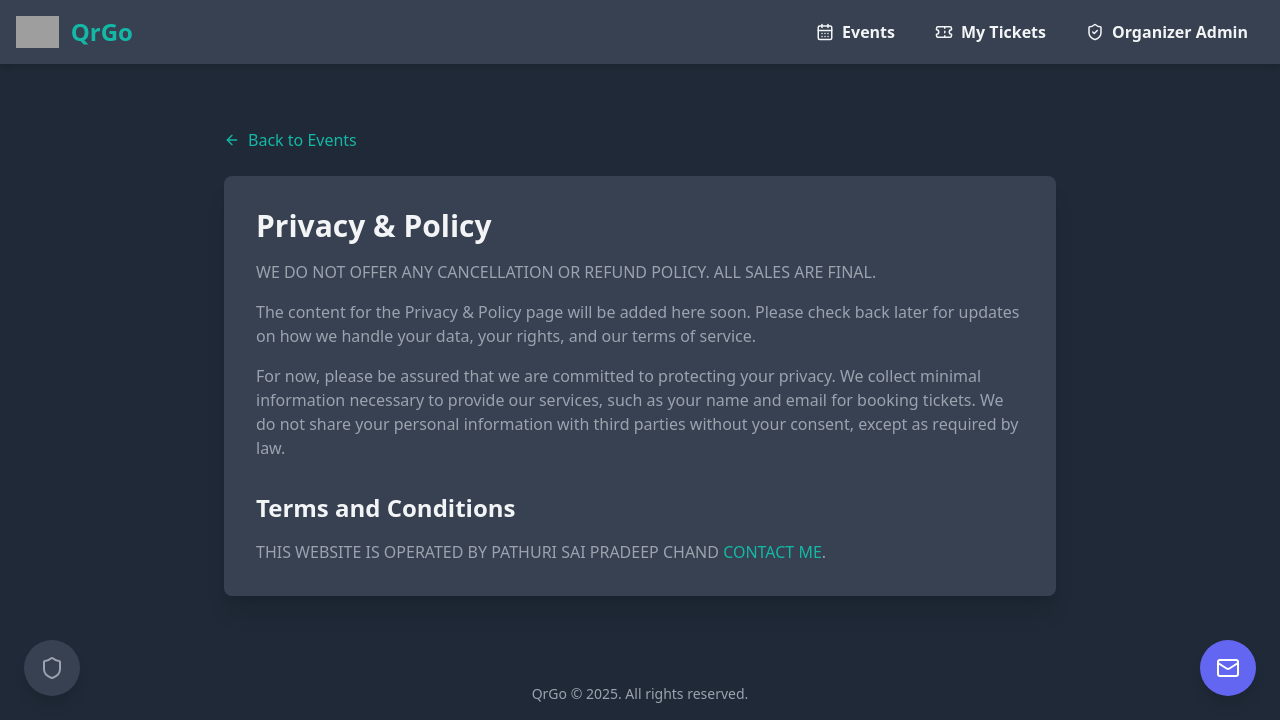
Repository: Dhakshin2007/QrGo
Page: /#/privacy-policy
An editor plug-in stored every save of this project. The page is shown before and after the next save, followed by the edit.
The browser window is 1280 px wide. The pictures show the whole page.
Pictures or frames that could not be fetched are drawn as grey boxes. Some web libraries are served in a nearby version. The project was rebuilt for these pictures with package versions that can differ from the ones it lists, and the page was loaded fresh each time. Also part of the build but not shown: vite.config.ts, components/EventCard.tsx, pages/HomePage.tsx, pages/BookingPage.tsx, components/TicketCard.tsx, pages/MyTicketsPage.tsx, services/aiService.ts, pages/AdminPage.tsx.

Above is the page before, as saved 2025-08-10 12:55:52.

### index.html
<!DOCTYPE html>
<html lang="en">
  <head>
    <meta name="description" content="Website Used to Host Events and Book Tickets and Inbuild scanning. If You want to Host an Event, Contact Us." />
<meta name="keywords" content="QrGo , QrGo Startup , Events IIT Ropar,Tickets , District , Paytm , Zomato , Ticket Booking , Event Hosting ,  Telugu Students IIT, IIT Ropar culture, IIT Ropar">
<meta name="author" content="Kotha Dhakshin">
<meta property="og:title" content="QrGo - Event Ticket Hosting Platform" />
<meta property="og:description" content="Official site for QrGo. Events, Bookings, and student details." />
<meta property="og:url" content="https://qrgo-weld.vercel.app/" />
<meta property="og:type" content="website" />
<meta property="og:image" content="#" />

  <meta charset="UTF-8" />
    <link rel="icon" type="image/png" href = "https://i.postimg.cc/qqd3M6cN/Google-AI-Studio-2025-08-09-T14-17-15-618-Z.png" />
    <meta name="viewport" content="width=device-width, initial-scale=1.0" />
    <title>QrGo</title>
    <script src="https://cdn.tailwindcss.com"></script>
    <script>
      tailwind.config = {
        theme: {
          extend: {
            colors: {
              'primary': '#14b8a6', // teal-500
              'primary-focus': '#0d9488', // teal-600
              'background': '#1f2937', // gray-800
              'surface': '#374151', // gray-700
              'on-surface': '#f3f4f6', // gray-200
              'on-surface-secondary': '#9ca3af', // gray-400
              'accent': '#6366f1', // indigo-500
            }
          }
        }
      }
    </script>
    <!-- html5-qrcode library -->
    <script src="https://unpkg.com/html5-qrcode" type="text/javascript"></script>
  <script type="importmap">
{
  "imports": {
    "react-router-dom": "https://esm.sh/react-router-dom@^7.8.0",
    "react-dom/": "https://esm.sh/react-dom@^19.1.1/",
    "react/": "https://esm.sh/react@^19.1.1/",
    "react": "https://esm.sh/react@^19.1.1",
    "lucide-react": "https://esm.sh/lucide-react@^0.539.0",
    "html5-qrcode": "https://esm.sh/html5-qrcode@^2.3.8",
    "qrcode": "https://esm.sh/qrcode@^1.5.4",
    "@supabase/supabase-js": "https://esm.sh/@supabase/supabase-js@2",
    "@google/genai": "https://esm.sh/@google/genai@^1.13.0"
  }
}
</script>
</head>
  <body class="bg-background text-on-surface">
    <div id="root"></div>
    <script type="module" src="/index.tsx"></script>
  </body>
</html>

### App.tsx


import React, { createContext, useContext, useState, useEffect, useCallback, ReactNode } from 'react';
import * as ReactRouterDOM from 'react-router-dom';
import HomePage from './pages/HomePage';
import BookingPage from './pages/BookingPage';
import MyTicketsPage from './pages/MyTicketsPage';
import AdminPage from './pages/AdminPage';
import PrivacyPolicyPage from './pages/PrivacyPolicyPage';
import Header from './components/Header';
import { ToastProvider } from './contexts/ToastContext';
import { AuthProvider } from './contexts/AuthContext';
import Toast from './components/Toast';
import { Mail, Shield } from 'lucide-react';
import { Event, EventStatus } from './types';
import { db } from './services/db';

// --- Event Context for Global State Management ---

interface EventContextType {
  events: Event[];
  isLoading: boolean;
  updateEventStatus: (eventId: string, newStatus: EventStatus) => void;
}

const EventContext = createContext<EventContextType | undefined>(undefined);

export const EventProvider: React.FC<{ children: ReactNode }> = ({ children }) => {
  const [events, setEvents] = useState<Event[]>([]);
  const [isLoading, setIsLoading] = useState(true);

  useEffect(() => {
    const fetchEvents = async () => {
      try {
        const initialEvents = await db.getEvents();
        setEvents(initialEvents);
      } catch (error) {
        console.error("Failed to fetch initial events:", error);
      } finally {
        setIsLoading(false);
      }
    };
    fetchEvents();
  }, []);

  const updateEventStatus = useCallback((eventId: string, newStatus: EventStatus) => {
    setEvents(currentEvents =>
      currentEvents.map(event =>
        event.id === eventId ? { ...event, status: newStatus } : event
      )
    );
  }, []);

  return (
    <EventContext.Provider value={{ events, isLoading, updateEventStatus }}>
      {children}
    </EventContext.Provider>
  );
};

export const useEvents = () => {
  const context = useContext(EventContext);
  if (!context) {
    throw new Error('useEvents must be used within an EventProvider');
  }
  return context;
};


// --- Main App Component ---

const App: React.FC = () => {
  return (
    <ToastProvider>
      <AuthProvider>
        <EventProvider>
          <ReactRouterDOM.HashRouter>
            <div className="min-h-screen flex flex-col bg-background">
              <Header />
              <main className="flex-grow container mx-auto px-4 py-8">
                <ReactRouterDOM.Routes>
                  <ReactRouterDOM.Route path="/" element={<HomePage />} />
                  <ReactRouterDOM.Route path="/book/:eventId" element={<BookingPage />} />
                  <ReactRouterDOM.Route path="/my-tickets" element={<MyTicketsPage />} />
                  <ReactRouterDOM.Route path="/admin" element={<AdminPage />} />
                  <ReactRouterDOM.Route path="/privacy-policy" element={<PrivacyPolicyPage />} />
                </ReactRouterDOM.Routes>
              </main>
              <footer className="text-center py-4 text-on-surface-secondary text-sm">
                <p>QrGo &copy; 2025. All rights reserved.</p>
              </footer>
               <ReactRouterDOM.Link
                to="/privacy-policy"
                className="fixed bottom-6 left-6 bg-surface text-on-surface-secondary p-4 rounded-full shadow-lg hover:bg-primary hover:text-white transition-colors flex items-center gap-2 z-50"
                title="Privacy & Policy"
                aria-label="Privacy and Policy"
              >
                <Shield size={24} />
              </ReactRouterDOM.Link>
              <a
                href="mailto:kothadhakshin123@gmail.com"
                className="fixed bottom-6 right-6 bg-accent text-white p-4 rounded-full shadow-lg hover:bg-indigo-600 transition-colors flex items-center gap-2 z-50"
                title="Contact Support"
                aria-label="Contact Support"
              >
                <Mail size={24} />
              </a>
            </div>
          </ReactRouterDOM.HashRouter>
          <Toast />
        </EventProvider>
      </AuthProvider>
    </ToastProvider>
  );
};

export default App;

### pages/PrivacyPolicyPage.tsx

import React from 'react';
import * as ReactRouterDOM from 'react-router-dom';
import { ArrowLeft } from 'lucide-react';

const PrivacyPolicyPage: React.FC = () => {
  return (
    <div className="max-w-4xl mx-auto animate-fade-in p-4 sm:p-6 lg:p-8">
      <ReactRouterDOM.Link to="/" className="flex items-center gap-2 mb-6 text-primary hover:underline">
          <ArrowLeft size={16} /> Back to Events
       </ReactRouterDOM.Link>
      <div className="bg-surface rounded-lg shadow-xl p-8">
        <h1 className="text-3xl font-bold mb-4 text-on-surface">Privacy & Policy</h1>
        <div className="space-y-4 text-on-surface-secondary">
          <p>
            WE DO NOT OFFER ANY CANCELLATION OR REFUND POLICY. ALL SALES ARE FINAL.
            </p>
            <p>
            The content for the Privacy & Policy page will be added here soon.
            Please check back later for updates on how we handle your data, your rights, and our terms of service.
          </p>
          <p>
            For now, please be assured that we are committed to protecting your privacy. We collect minimal information necessary to provide our services, such as your name and email for booking tickets.
            We do not share your personal information with third parties without your consent, except as required by law.
          </p>
          <h2 className="text-2xl font-semibold text-on-surface pt-4">Terms and Conditions</h2>
          <p>
            THIS WEBSITE IS OPERATED BY PATHURI SAI PRADEEP CHAND <a href="mailto:2022eeb1199@iitrpr.ac.in" className="text-primary hover:underline">CONTACT ME</a>.
          </p>
        </div>
      </div>
    </div>
  );
};

export default PrivacyPolicyPage;

### components/Header.tsx

import React from 'react';
import * as ReactRouterDOM from 'react-router-dom';
import { Ticket, ShieldCheck, CalendarDays, QrCode } from 'lucide-react';
import { LOGO_URL } from '../constants';

const Header: React.FC = () => {
  const activeLinkClass = "bg-primary text-white";
  const inactiveLinkClass = "text-on-surface hover:bg-surface";

  return (
    <header className="bg-surface shadow-md sticky top-0 z-50">
      <nav className="container mx-auto px-4 py-3 flex justify-between items-center">
        <ReactRouterDOM.Link to="/" className="flex items-center gap-3 text-2xl font-bold text-primary">
          {LOGO_URL ? (
            <img src={LOGO_URL} alt="QrGo Logo" className="h-8 w-auto" />
          ) : (
            <QrCode size={28} />
          )}
          <span>QrGo</span>
        </ReactRouterDOM.Link>
        <div className="flex items-center gap-2">
          <ReactRouterDOM.NavLink
            to="/"
            className={({ isActive }) => `${isActive ? activeLinkClass : inactiveLinkClass} px-4 py-2 rounded-md font-semibold transition-colors duration-200 flex items-center gap-2`}
          >
            <CalendarDays size={18}/> Events
          </ReactRouterDOM.NavLink>
          <ReactRouterDOM.NavLink
            to="/my-tickets"
            className={({ isActive }) => `${isActive ? activeLinkClass : inactiveLinkClass} px-4 py-2 rounded-md font-semibold transition-colors duration-200 flex items-center gap-2`}
          >
            <Ticket size={18}/> My Tickets
          </ReactRouterDOM.NavLink>
          <ReactRouterDOM.NavLink
            to="/admin"
            className={({ isActive }) => `${isActive ? activeLinkClass : inactiveLinkClass} px-4 py-2 rounded-md font-semibold transition-colors duration-200 flex items-center gap-2`}
          >
            <ShieldCheck size={18}/> Organizer Admin
          </ReactRouterDOM.NavLink>
        </div>
      </nav>
    </header>
  );
};

export default Header;

### contexts/ToastContext.tsx
import React, { createContext, useState, useContext, ReactNode, useCallback, useRef } from 'react';

type ToastType = 'success' | 'error' | 'info';

interface ToastState {
  message: string;
  type: ToastType;
  isVisible: boolean;
}

interface ToastContextType {
  showToast: (message: string, type: ToastType) => void;
  toastConfig: ToastState | null;
}

const ToastContext = createContext<ToastContextType | undefined>(undefined);

export const ToastProvider: React.FC<{ children: ReactNode }> = ({ children }) => {
  const [toastConfig, setToastConfig] = useState<ToastState | null>(null);
  const timeoutIdRef = useRef<number | null>(null);

  const showToast = useCallback((message: string, type: ToastType) => {
    if (timeoutIdRef.current) {
      clearTimeout(timeoutIdRef.current);
    }
    setToastConfig({ message, type, isVisible: true });

    timeoutIdRef.current = window.setTimeout(() => {
      setToastConfig(prev => prev ? { ...prev, isVisible: false } : null);
      timeoutIdRef.current = null;
    }, 4000);
  }, []);


  return (
    <ToastContext.Provider value={{ showToast, toastConfig }}>
      {children}
    </ToastContext.Provider>
  );
};

export const useToast = () => {
  const context = useContext(ToastContext);
  if (context === undefined) {
    throw new Error('useToast must be used within a ToastProvider');
  }
  return context;
};

### contexts/AuthContext.tsx
import React, { createContext, useState, useContext, ReactNode, useCallback } from 'react';
import { Organizer } from '../types';

interface AuthState {
  isUserLoggedIn: boolean;
  userEmail: string | null;
  userPin: string | null;
  loggedInOrganizer: Organizer | null;
  loginUser: (email: string, pin: string) => void;
  logoutUser: () => void;
  loginOrganizer: (username: string, secretId: string) => boolean;
  logoutOrganizer: () => void;
}

const AuthContext = createContext<AuthState | undefined>(undefined);

export const AuthProvider: React.FC<{ children: ReactNode }> = ({ children }) => {
  const [isUserLoggedIn, setIsUserLoggedIn] = useState(false);
  const [userEmail, setUserEmail] = useState<string | null>(null);
  const [userPin, setUserPin] = useState<string | null>(null);
  const [loggedInOrganizer, setLoggedInOrganizer] = useState<Organizer | null>(null);

  const loginUser = (email: string, pin:string) => {
    setUserEmail(email.toLowerCase());
    setUserPin(pin);
    setIsUserLoggedIn(true);
  };

  const logoutUser = () => {
    setIsUserLoggedIn(false);
    setUserEmail(null);
    setUserPin(null);
  };

  const loginOrganizer = useCallback((username: string, secretId: string): boolean => {
    // --- Security Note ---
    // In a real production application, this organizer data should NOT be hardcoded here.
    // It should be loaded securely, for example, from environment variables on a server
    // or from a secure configuration service. This prevents sensitive credentials from
    // being exposed in the client-side code.
    // Example for a Node.js environment:
    // const ORGANIZERS = JSON.parse(process.env.ORGANIZERS_JSON || '[]');
    const ORGANIZERS: Organizer[] = [
      { id: 'super-admin', username: 'Dhakshin', secretId: 'Dk07' },
      { id: 'org-1', username: 'TCA', secretId: 'tca@2334' },
      // { id: 'org-2', username: 'TechCon', secretId: 'techcon-secret' }
    ];

    const organizer = ORGANIZERS.find(
        org => org.username.toLowerCase() === username.toLowerCase() && org.secretId === secretId
    );
    if (organizer) {
        setLoggedInOrganizer(organizer);
        return true;
    }
    return false;
  }, []);

  const logoutOrganizer = () => {
      setLoggedInOrganizer(null);
  };

  return (
    <AuthContext.Provider value={{ isUserLoggedIn, userEmail, userPin, loggedInOrganizer, loginUser, logoutUser, loginOrganizer, logoutOrganizer }}>
      {children}
    </AuthContext.Provider>
  );
};

export const useAuth = () => {
  const context = useContext(AuthContext);
  if (context === undefined) {
    throw new Error('useAuth must be used within an AuthProvider');
  }
  return context;
};

### components/Toast.tsx
import React from 'react';
import { useToast } from '../contexts/ToastContext';
import { CheckCircle, XCircle, Info } from 'lucide-react';

const icons = {
  success: <CheckCircle className="text-green-400" size={24} />,
  error: <XCircle className="text-red-400" size={24} />,
  info: <Info className="text-blue-400" size={24} />,
};

const bgColors = {
  success: 'bg-green-500/20 border-green-500',
  error: 'bg-red-500/20 border-red-500',
  info: 'bg-blue-500/20 border-blue-500',
};

const Toast: React.FC = () => {
  const { toastConfig } = useToast();

  if (!toastConfig) {
    return null;
  }

  const { message, type, isVisible } = toastConfig;

  return (
    <div
      aria-live="assertive"
      className={`fixed bottom-5 right-5 z-50 transition-all duration-300 ease-in-out ${isVisible ? 'opacity-100 translate-y-0' : 'opacity-0 translate-y-4'}`}
    >
      <div className={`flex items-center gap-4 p-4 rounded-lg shadow-lg border-l-4 text-on-surface bg-surface ${bgColors[type]}`}>
        <div>{icons[type]}</div>
        <p className="font-semibold">{message}</p>
      </div>
    </div>
  );
};

export default Toast;

### types.ts

export type Organizer = {
  id: string;
  username: string;
  secretId: string;
};

export enum BookingStatus {
  Pending = 'Pending',
  Confirmed = 'Confirmed',
  Rejected = 'Rejected',
}

export enum EventStatus {
  Upcoming = 'Upcoming',
  Ongoing = 'Ongoing',
}

export type Event = {
  id: string;
  organizerId: string;
  name: string;
  date: string;
  venue: string;
  description: string;
  image: string;
  status: EventStatus;
  requiresEntryNumber?: boolean;
  upiId?: string;
  upiLink?: string;
  qrCodeImage?: string;
};

export type Booking = {
  id: string;
  eventId: string;
  userName: string;
  userEmail: string;
  userPhone: string;
  entryNumber: string | null;
  transactionId: string | null;
  paymentProof: string | null; // Public URL to the image in Supabase Storage
  pin: string; // Should be hashed on a real backend
  status: BookingStatus;
  checkedIn: boolean;
  createdAt: string;
};

### services/supabaseClient.ts
import { createClient } from '@supabase/supabase-js';
import { BookingStatus } from '../types';

// --- Supabase Client Initialization ---

// #############################################################################
// #  IMPORTANT: FIX FOR "INVALID API KEY" / "401 UNAUTHORIZED" ERROR          #
// #############################################################################
// # The API key below is a DUMMY key. You MUST replace it with your own.      #
// # 1. Go to your Supabase project dashboard.                                 #
// # 2. Go to Project Settings > API.                                          #
// # 3. Copy the `anon` `public` key.                                          #
// # 4. Paste it here to replace the DUMMY key.                                #
// #############################################################################
const supabaseUrl = 'https://hkniptskidhgpavyejwz.supabase.co';
// This is a valid-looking dummy key to prevent startup crashes. It will not work for API calls.
const supabaseKey = 'sb_publishable_tQDQrjVzkEe6GwUMwAzoYA_YMzWUTT5';

if (supabaseUrl.includes('your-project-url') || supabaseKey.includes('PASTE_YOUR_REAL')) {
    // This will crash the app and show a clear error in the developer console,
    // preventing the app from running in a broken state.
    throw new Error("Supabase credentials are not set! Please update services/supabaseClient.ts with your project's URL and anon key. You can get these from your Supabase project's API settings.");
}


// Define database types for TypeScript support
// The database schema uses quoted identifiers (e.g., "eventId") to match the camelCase used in the application.
export type DbBooking = {
  id: string;
  eventId: string;
  userName: string;
  userEmail: string;
  userPhone: string;
  transactionId: string | null;
  paymentProof: string | null;
  pin: string;
  status: BookingStatus;
  checkedIn: boolean;
  createdAt: string;
};

// This type defines the shape of the data that can be inserted into the 'bookings' table.
export type DbBookingInsert = {
    id: string;
    eventId: string;
    userName: string;
    userEmail: string;
    userPhone: string;
    transactionId: string | null;
    paymentProof: string | null;
    pin: string;
    status: BookingStatus;
    checkedIn: boolean;
    createdAt: string;
};

// This explicit type for updates avoids nested generics which can cause TS errors.
export type DbBookingUpdate = {
    eventId?: string;
    userName?: string;
    userEmail?: string;
    userPhone?: string;
    transactionId?: string | null;
    paymentProof?: string | null;
    pin?: string;
    status?: BookingStatus;
    checkedIn?: boolean;
    createdAt?: string;
}

// New types for the `free_bookings` table
export type DbFreeBooking = {
  id: string;
  eventId: string;
  userName: string;
  userEmail: string;
  userPhone: string;
  entryNumber: string | null;
  pin: string;
  status: BookingStatus;
  checkedIn: boolean;
  createdAt: string;
};

export type DbFreeBookingInsert = {
    id: string;
    eventId: string;
    userName: string;
    userEmail: string;
    userPhone: string;
    entryNumber: string | null;
    pin: string;
    status: BookingStatus;
    checkedIn: boolean;
    createdAt: string;
};

export type DbFreeBookingUpdate = {
    eventId?: string;
    userName?: string;
    userEmail?: string;
    userPhone?: string;
    entryNumber?: string | null;
    pin?: string;
    status?: BookingStatus;
    checkedIn?: boolean;
    createdAt?: string;
};


export interface Database {
  public: {
    Tables: {
      bookings: {
        Row: DbBooking;
        Insert: DbBookingInsert;
        Update: DbBookingUpdate;
      };
      free_bookings: {
        Row: DbFreeBooking;
        Insert: DbFreeBookingInsert;
        Update: DbFreeBookingUpdate;
      };
    };
  };
}


export const supabase = createClient<Database>(supabaseUrl, supabaseKey);

Loaded but not shown: index.tsx (common file); services/db.ts (339 lines, source omitted); constants.ts (92 lines, source omitted)

After the next save:
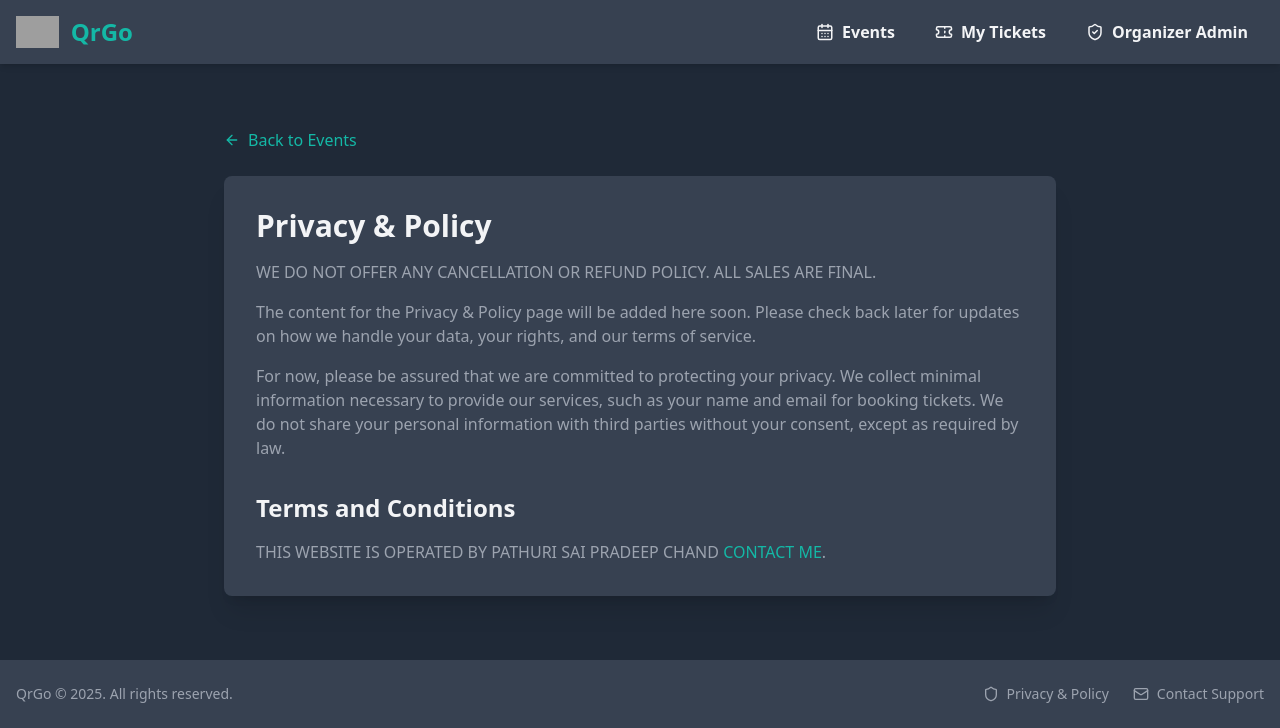
Saved 75 s later.
--- a/App.tsx
+++ b/App.tsx
@@ -86,25 +86,19 @@ const App: React.FC = () => {
                   <ReactRouterDOM.Route path="/privacy-policy" element={<PrivacyPolicyPage />} />
                 </ReactRouterDOM.Routes>
               </main>
-              <footer className="text-center py-4 text-on-surface-secondary text-sm">
-                <p>QrGo &copy; 2025. All rights reserved.</p>
+              <footer className="bg-surface mt-auto py-6 px-4">
+                <div className="container mx-auto flex flex-col sm:flex-row justify-between items-center text-on-surface-secondary text-sm gap-4">
+                    <p className="text-center sm:text-left">QrGo &copy; 2025. All rights reserved.</p>
+                    <div className="flex items-center gap-6">
+                        <ReactRouterDOM.Link to="/privacy-policy" className="hover:text-primary transition-colors flex items-center gap-2">
+                            <Shield size={16} /> Privacy & Policy
+                        </ReactRouterDOM.Link>
+                        <a href="mailto:kothadhakshin123@gmail.com" className="hover:text-primary transition-colors flex items-center gap-2">
+                            <Mail size={16} /> Contact Support
+                        </a>
+                    </div>
+                </div>
               </footer>
-               <ReactRouterDOM.Link
-                to="/privacy-policy"
-                className="fixed bottom-6 left-6 bg-surface text-on-surface-secondary p-4 rounded-full shadow-lg hover:bg-primary hover:text-white transition-colors flex items-center gap-2 z-50"
-                title="Privacy & Policy"
-                aria-label="Privacy and Policy"
-              >
-                <Shield size={24} />
-              </ReactRouterDOM.Link>
-              <a
-                href="mailto:kothadhakshin123@gmail.com"
-                className="fixed bottom-6 right-6 bg-accent text-white p-4 rounded-full shadow-lg hover:bg-indigo-600 transition-colors flex items-center gap-2 z-50"
-                title="Contact Support"
-                aria-label="Contact Support"
-              >
-                <Mail size={24} />
-              </a>
             </div>
           </ReactRouterDOM.HashRouter>
           <Toast />
